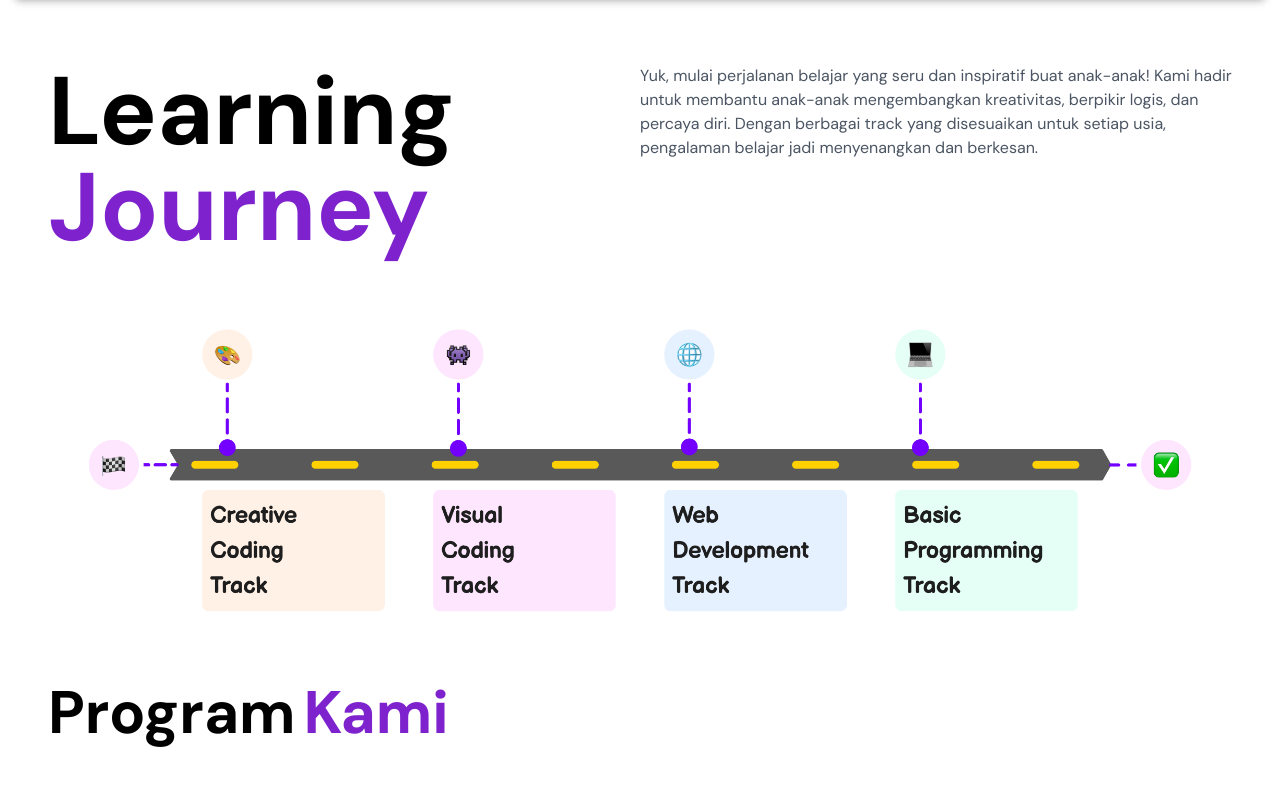
Repository: paskasiregar/ttccomweb
Page: /track/basic-programming
These files come from the project's save history. The page is drawn as it stood at one moment and after the next save; the edit follows.
The browser window is 1280 px wide. The pictures show the part of the page from y = 1528 to 2335 px (the page is 2335 px tall before and 2239 px after).
The project was rebuilt for these pictures with package versions that can differ from the ones it lists, and the page was loaded fresh each time. The framework's server and built-in components were replaced by stand-ins that run in the browser. Also part of the build but not shown: next.config.js, next.config.mjs.

Above is the page before, as saved 2024-11-16 22:59:23.

### src/app/layout.js
import "./globals.css";
import { DM_Sans } from "next/font/google";

const dmSans = DM_Sans({
  subsets: ["latin"],
  weight: ["400", "500", "700"], // Include only the weights you need
  variable: "--font-dm-sans", // Optional: CSS variable for global use
});

export const metadata = {
  title: "Tiny Tech Club",
  description: "Small techies, big dreams 🚀",
};

export default function RootLayout({ children }) {
  return (
    <html lang="en" className={dmSans.variable}>
      <body className="antialiased">{children}</body>
    </html>
  );
}

### src/app/template.js
import React from "react";

export default function TrackTemplate({ title, description, children }) {
  return (
    <div>
      {/* Hero Section */}
      <div className="relative h-screen w-full">
        <img
          src="https://images.unsplash.com/photo-1494783367193-149034c05e8f"
          alt="Background"
          className="absolute inset-0 w-full h-full object-cover filter blur-sm"
        />
        <div className="absolute inset-0 bg-black bg-opacity-50"></div>
        <div className="absolute inset-0 flex flex-col items-center justify-center">
          <h1 className="text-4xl text-white font-bold">{title}</h1>
          <p className="text-xl text-white mt-4">{description}</p>
        </div>
      </div>

      {/* Content Section */}
      <div className="max-w-7xl mx-auto px-4 py-8">{children}</div>
    </div>
  );
}

### src/app/track/[track]/page.js
"use client";
import { useParams } from "next/navigation";
import TrackTemplate from "../[track]";
import Image from "next/image";
import ljImage from "@/assets/lj.png";

export default function TrackPage() {
  const { track } = useParams();

  const trackDetails = {
    "creative-coding": {
      title: "Creative Coding Track",
      description:
        "Kenalkan coding ke anak-anak dengan aktivitas seru dan edukatif. Cocok banget buat usia 4-5 tahun untuk membangun kemampuan berpikir logis.",
      backgroundImage:
        "https://images.unsplash.com/photo-1544717305-2782549b5136", // Replace with a relevant Creative Coding image
    },
    "visual-coding": {
      title: "Visual Coding Track",
      description:
        "Belajar konsep pemrograman visual pakai ScratchJr. Cocok buat anak usia 6-7 tahun untuk bikin cerita dan proyek seru sambil belajar coding dasar.",
      backgroundImage:
        "https://images.unsplash.com/photo-1573164574393-b9b12c3ff9c6", // Replace with a relevant Visual Coding image
    },
    "web-development": {
      title: "Web Development Track",
      description:
        "Pelajari dasar-dasar pengembangan web pakai HTML, CSS, dan JavaScript. Cocok untuk anak usia 8-12 tahun yang mau bikin proyek mini web seru.",
      backgroundImage:
        "https://images.unsplash.com/photo-1522071820081-009f0129c71c", // Replace with a relevant Web Development image
    },
    "basic-programming": {
      title: "Basic Programming Track",
      description:
        "Belajar konsep pemrograman inti pakai Python dan JavaScript. Dirancang untuk usia 13-16 tahun yang pengen bikin aplikasi nyata dan mengasah kemampuan problem-solving.",
      backgroundImage:
        "https://images.unsplash.com/photo-1517433456452-f9633a875f6f", // Replace with a relevant Basic Programming image
    },
    // Add more tracks as needed
  };

  const trackData = trackDetails[track] || {
    title: "Track Tidak Ditemukan",
    description: "Track yang kamu cari nggak ada nih.",
    backgroundImage:
      "https://images.unsplash.com/photo-1506748686214-e9df14d4d9d0", // Default image for not found
  };

  return (
    <div className="mx-auto">
      {/* Back Button */}
      <div className="my-4 px-4 sm:px-8">
        <button
          className="secondary-button"
          onClick={() => (window.location.href = "/")}
        >
          &lt; Kembali
        </button>
      </div>

      {/* Track Template */}
      <section>
        <TrackTemplate
          title={trackData.title}
          description={trackData.description}
          backgroundImage={trackData.backgroundImage}
        />

        {/* Learning Journey Section */}
        <section className="w-full my-8 px-4 sm:px-8 max-w-container mb-8">
          <div>
            <div className="flex flex-col md:flex-row items-center md:items-start md:justify-between">
              {/* Title */}
              <div className="max-w-lg md:w-1/2">
                <h1 className="text-6xl md:text-8xl font-bold mb-8">
                  Learning <span className="text-purple-700">Journey</span>
                </h1>
              </div>

              {/* Description */}
              <div className="mt-6 md:mt-0 md:w-1/2 mb-8">
                <p className="text-gray-600 text-base md:text-md">
                  Yuk, mulai perjalanan belajar yang seru dan inspiratif buat
                  anak-anak! Kami hadir untuk membantu anak-anak mengembangkan
                  kreativitas, berpikir logis, dan percaya diri. Dengan berbagai
                  track yang disesuaikan untuk setiap usia, pengalaman belajar
                  jadi menyenangkan dan berkesan.
                </p>
              </div>
            </div>

            {/* Image */}
            <div className="mt-6 md:mt-0 mb-8">
              <Image
                src={ljImage}
                alt="Perjalanan Belajar"
                width={1440} // Adjust width as needed
                height={1000} // Adjust height as needed
                className="rounded-lg"
              />
            </div>
          </div>
        </section>

        {/* Our Program Section */}
        <section className="w-full my-8 px-4 sm:px-8 max-w-container mb-8">
          <h1 className="text-6xl md:text-6xl font-bold mb-8 flex flex-row items-center space-x-2">
            <span>Program</span>
            <span className="text-purple-700">Kami</span>
          </h1>
        </section>
      </section>
    </div>
  );
}

### src/app/globals.css
@tailwind base;
@tailwind components;
@tailwind utilities;

@import url('https://fonts.googleapis.com/css2?family=DM+Sans:wght@400;500;700&display=swap');

:root {
  --font-dm-sans: "DM Sans", sans-serif;
}

@font-face {
  font-family: 'DM Sans';
  src: url('/fonts/DM-Sans.woff2') format('woff2'),
    url('/fonts/DM-Sans.woff') format('woff');
  font-weight: 400;
  font-style: normal;
}

body {
  font-family: 'DM Sans', sans-serif;
}

.dm-sans-custom {
  font-family: "DM Sans", sans-serif;
  font-optical-sizing: auto;
  font-weight: 400;
  font-style: normal;
}

body {
  font-family: 'DM Sans', Arial, Helvetica, sans-serif;
  margin: 0;
  padding: 0;
  box-sizing: border-box;
}

*,
*::before,
*::after {
  box-sizing: inherit;
}

/* Container class for centering content */
.max-w-container {
  max-width: 1440px;
  margin: 0 auto;
  padding: 0 16px;
  /* Optional padding for spacing on smaller screens */
}

### src/app/track/[track].js
import React from "react";

export default function TrackTemplate({ title, description, children }) {
  return (
    <div>
      {/* Hero Section */}
      <div className="relative h-screen w-full">
        <img
          src="https://images.unsplash.com/photo-1494783367193-149034c05e8f"
          alt="Background"
          className="absolute inset-0 w-full h-full object-cover filter blur-sm"
        />
        <div className="absolute inset-0 bg-black bg-opacity-50"></div>
        <div className="absolute inset-0 flex flex-col items-center justify-center">
          <h1 className="text-6xl text-white font-bold p-8">{title}</h1>
          <p className="text-xl text-white mt-4 p-8">{description}</p>
        </div>
      </div>

      {/* Content Section */}
      <div className="max-w-7xl mx-auto px-4 py-8">{children}</div>
    </div>
  );
}

Loaded but not shown: tailwind.config.js (common file)

After the next save:
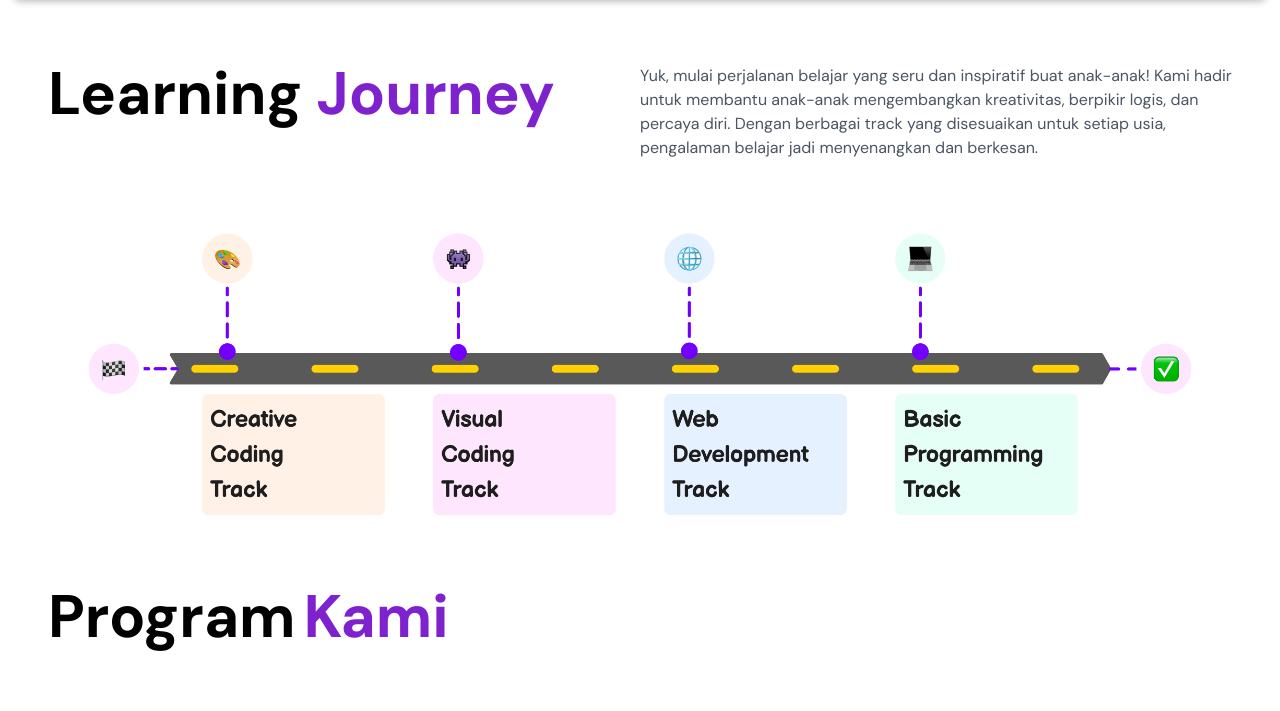
Saved 11 s later.
--- a/src/app/track/[track]/page.js
+++ b/src/app/track/[track]/page.js
@@ -72,7 +72,7 @@ export default function TrackPage() {
             <div className="flex flex-col md:flex-row items-center md:items-start md:justify-between">
               {/* Title */}
               <div className="max-w-lg md:w-1/2">
-                <h1 className="text-6xl md:text-8xl font-bold mb-8">
+                <h1 className="text-6xl md:text-6xl font-bold mb-8">
                   Learning <span className="text-purple-700">Journey</span>
                 </h1>
               </div>
